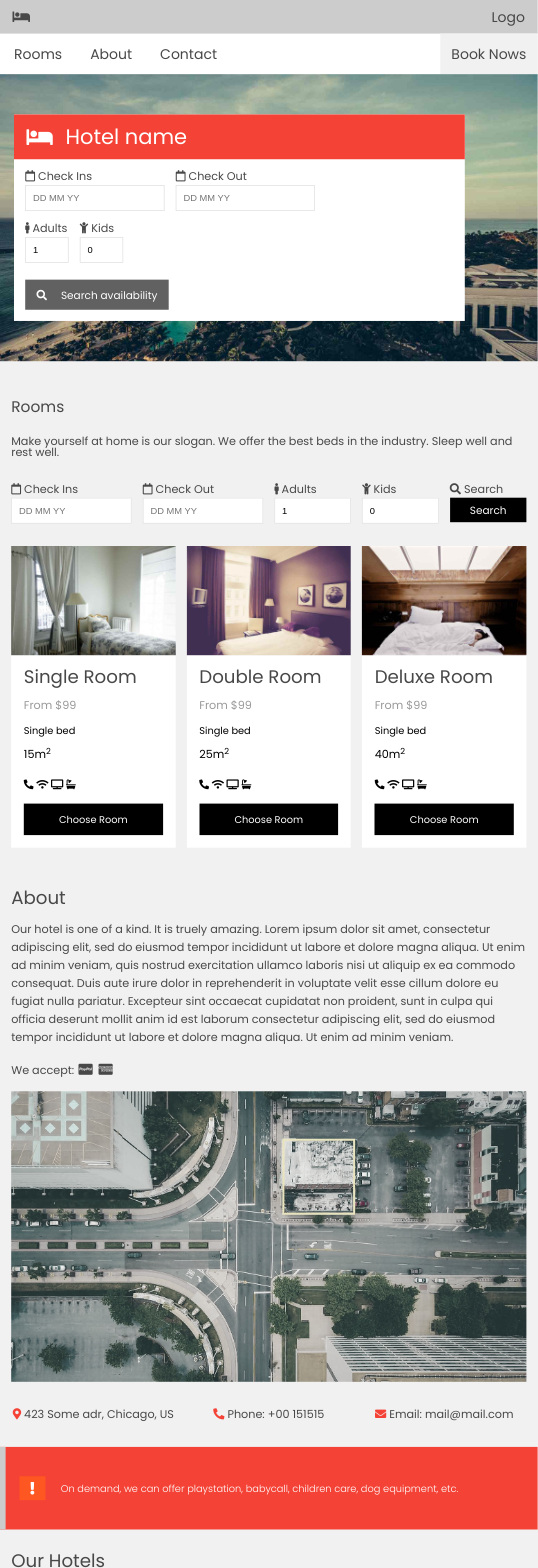
Repository: phamhuuloc/Travel_Template
Page: index.html
An editor plug-in stored every save of this project. The page is shown before and after the next save, followed by the edit.
The browser window is 768 px wide. The pictures show the part of the page from y = 0 to 2240 px (the page is 3669 px tall), at 70% of full size.
The style sheet was rebuilt from its Sass, Less or Tailwind sources for each picture, by a compiler version that may differ from the author's.

Above is the page before, as saved 2021-09-21 11:38:44.

### index.html
<!DOCTYPE html>
<html lang="en">
  <head>
    <meta charset="UTF-8" />
    <meta http-equiv="X-UA-Compatible" content="IE=edge" />
    <meta name="viewport" content="width=device-width, initial-scale=1.0" />
    <title>Document</title>
    <!-- FONT AWESOME -->
    <link
      rel="stylesheet"
      href="https://cdnjs.cloudflare.com/ajax/libs/font-awesome/5.15.4/css/all.min.css"
      integrity="sha512-1ycn6IcaQQ40/MKBW2W4Rhis/DbILU74C1vSrLJxCq57o941Ym01SwNsOMqvEBFlcgUa6xLiPY/NS5R+E6ztJQ=="
      crossorigin="anonymous"
      referrerpolicy="no-referrer"
    />
    <!-- GOOGLE FONT -->
    <link
      href="https://fonts.googleapis.com/css2?family=Poppins:wght@50;300;400&display=swap"
      rel="stylesheet"
    />
    <!-- CSS -->
    <link rel="stylesheet" href="./assets/resets.css" />
    <link rel="stylesheet" href="./assets/grid.css" />
    <link rel="stylesheet" href="./assets/main.css" />
    <link rel="stylesheet" href="./assets/responsive.css" />
  </head>
  <body>
    <div class="grids">
      <header class="header">
        <div class="logo">
          <i class="fas fa-bed logo__icon"></i>
          Logo
        </div>
        <div class="header__menu">
          <ul class="header__menu-list">
            <li class="header__menu-item">Rooms</li>
            <li class="header__menu-item">About</li>
            <li class="header__menu-item">Contact</li>
          </ul>
          <button class="btn book-btn">Book Nows</button>
        </div>
      </header>
      <section class="intro">
        <img src="./assets/img/hotel.jpg" alt="" class="intro__img" />
        <form class="form-login">
          <div class="form-login__heading">
            <i class="fas fa-bed logo__icon intro-icon"></i>
            <h2 class="form-login__name">Hotel name</h2>
          </div>
          <div class="form-container">
            <div class="row">
              <div class="form__item col l-6">
                <label class="form__item-category">
                  <i class="far fa-calendar form__item-icon"></i>
                  Check Ins
                </label>
                <input
                  type="text"
                  class="form__item-input"
                  placeholder="DD MM YY"
                />
              </div>
              <div class="form__item col l-6">
                <label class="form__item-category">
                  <i class="far fa-calendar form__item-icon"></i>
                  Check Out
                </label>
                <input
                  type="text"
                  class="form__item-input"
                  placeholder="DD MM YY"
                />
              </div>
            </div>
            <div class="row">
              <div class="form__item col l-6">
                <label class="form__item-category">
                  <i class="fas fa-male form__item-icon"></i>
                  Adults
                </label>
                <input
                  type="number"
                  value="1"
                  min="1"
                  max="6"
                  class="form__item-input"
                />
              </div>
              <div class="form__item col l-6">
                <label class="form__item-category">
                  <i class="fas fa-child form__item-icon"></i>
                  Kids
                </label>
                <input
                  type="number"
                  value="0"
                  min="0"
                  max="6"
                  class="form__item-input"
                />
              </div>
            </div>
            <button class="search-btn">
              <i class="fas fa-search search-icon"></i>Search availability
            </button>
          </div>
        </form>
      </section>

      <section class="option-room">
        <div class="option-container">
          <h3 class="option-container__title">Rooms</h3>
          <span class="option-container__desc"
            >Make yourself at home is our slogan. We offer the best beds in the
            industry. Sleep well and rest well.</span
          >
          <!-- FORM LOGIN  -->
          <div class="form-container option-container__form">
            <div class="row">
              <div class="form__item col l-3 m-3">
                <label class="form__item-category">
                  <i class="far fa-calendar form__item-icon"></i>
                  Check Ins
                </label>
                <input
                  type="text"
                  class="form__item-input"
                  placeholder="DD MM YY"
                />
              </div>
              <div class="form__item col l-3 m-3">
                <label class="form__item-category">
                  <i class="far fa-calendar form__item-icon"></i>
                  Check Out
                </label>
                <input
                  type="text"
                  class="form__item-input"
                  placeholder="DD MM YY"
                />
              </div>
              <div class="form__item col l-2 m-2">
                <label class="form__item-category">
                  <i class="fas fa-male form__item-icon"></i>
                  Adults
                </label>
                <input
                  type="number"
                  value="1"
                  min="1"
                  max="6"
                  class="form__item-input"
                />
              </div>
              <div class="form__item col l-2 m-2">
                <label class="form__item-category">
                  <i class="fas fa-child form__item-icon"></i>
                  Kids
                </label>
                <input
                  type="number"
                  value="0"
                  min="0"
                  max="6"
                  class="form__item-input"
                />
              </div>
              <!-- BUTTON F0RM LOGIN -->
              <div class="form__item col l-2 m-2">
                <label class="form__item-category">
                  <i class="fas fa-search"></i> Search</label
                >
                <button class="search-btn search-btn--full">Search</button>
              </div>
            </div>
          </div>
          <div class="category-room">
            <ul class="category-room__list row">
              <li class="category-room__item col l-4 m-4">
                <img
                  src="./assets/img/room_single.jpg"
                  alt=""
                  class="category-room__img"
                />
                <div class="category-room__details">
                  <h3 class="category-room__title">Single Room</h3>
                  <span class="category-room__price">From $99</span>
                  <span class="category-room__charac">Single bed</span>
                  <span class="category-room__area">15m<sup>2</sup></span>
                  <span class="category-room__function">
                    <i class="fas fa-phone-alt"></i>
                    <i class="fas fa-wifi"></i>
                    <i class="fas fa-tv"></i>
                    <i class="fas fa-bath"></i>
                  </span>
                  <button class="btn btn-choose">Choose Room</button>
                </div>
              </li>
              <li class="category-room__item col l-4 m-4">
                <img
                  src="./assets/img/room_double.jpg"
                  alt=""
                  class="category-room__img"
                />
                <div class="category-room__details">
                  <h3 class="category-room__title">Double Room</h3>
                  <span class="category-room__price">From $99</span>
                  <span class="category-room__charac">Single bed</span>
                  <span class="category-room__area">25m<sup>2</sup></span>
                  <span class="category-room__function">
                    <i class="fas fa-phone-alt"></i>
                    <i class="fas fa-wifi"></i>
                    <i class="fas fa-tv"></i>
                    <i class="fas fa-bath"></i>
                  </span>
                  <button class="btn btn-choose">Choose Room</button>
                </div>
              </li>
              <li class="category-room__item col l-4 m-4">
                <img
                  src="./assets/img/room_deluxe.jpg"
                  alt=""
                  class="category-room__img"
                />
                <div class="category-room__details">
                  <h3 class="category-room__title">Deluxe Room</h3>
                  <span class="category-room__price">From $99</span>
                  <span class="category-room__charac">Single bed</span>
                  <span class="category-room__area">40m<sup>2</sup></span>
                  <span class="category-room__function">
                    <i class="fas fa-phone-alt"></i>
                    <i class="fas fa-wifi"></i>
                    <i class="fas fa-tv"></i>
                    <i class="fas fa-bath"></i>
                  </span>
                  <button class="btn btn-choose">Choose Room</button>
                </div>
              </li>
            </ul>
          </div>
        </div>
      </section>
      <section class="local">
        <div class="row">
          <div class="local__container col l-4 m-4">
            <h4 class="local__title">About</h4>
            <p class="local__detail">
              Our hotel is one of a kind. It is truely amazing. Lorem ipsum
              dolor sit amet, consectetur adipiscing elit, sed do eiusmod tempor
              incididunt ut labore et dolore magna aliqua. Ut enim ad minim
              veniam, quis nostrud exercitation ullamco laboris nisi ut aliquip
              ex ea commodo consequat. Duis aute irure dolor in reprehenderit in
              voluptate velit esse cillum dolore eu fugiat nulla pariatur.
              Excepteur sint occaecat cupidatat non proident, sunt in culpa qui
              officia deserunt mollit anim id est laborum consectetur adipiscing
              elit, sed do eiusmod tempor incididunt ut labore et dolore magna
              aliqua. Ut enim ad minim veniam.
            </p>
            <p class="local__payment-methods">
              We accept:
              <i class="fab fa-cc-paypal local__payment-icon"></i>
              <i class="fab fa-cc-amex local__payment-icon"></i>
            </p>
          </div>
          <div class="col l-8 m-8 local__img">
            <img src="./assets/img/map.jpg" alt="" />
          </div>
        </div>
        <div class="local__contact row">
          <div class="local__contact-item col l-4 m-4">
            <i class="fas fa-map-marker-alt local__contact-icon"></i>
            423 Some adr, Chicago, US
          </div>
          <div class="local__contact-item col l-4 m-4">
            <i class="fas fa-phone-alt local__contact-icon"></i>
            Phone: +00 151515
          </div>
          <div class="local__contact-item col l-4 m-4">
            <i class="fas fa-envelope local__contact-icon"></i>
            Email: mail@mail.com
          </div>
        </div>
      </section>
      <div class="demand">
        <i class="fas fa-exclamation demand__icon"></i>
        <p class="demand__desc">
          On demand, we can offer playstation, babycall, children care, dog
          equipment, etc.
        </p>
      </div>
      <section class="our-hotels">
        <h3 class="our-hotels__title">Our Hotels</h3>
        <p class="our-hotels__desc">
          You can find our hotels anywhere in the world:
        </p>
        <div class="row sm-gutter">
          <div class="col l-6 m-6">
            <img
              src="./assets/img/cinqueterre.jpg"
              alt=""
              class="our-hotel__img"
            />
          </div>
          <div class="col l-6 m-6">
            <div class="our-hotel__extend">
              <div class="row our-hotels__extend-item">
                <div class="our-hotels__container col l-6 m-6">
                  <img src="./assets/img/newyork2.jpg" alt="" class="" />
                  <span class="our-hotels__container-name">New York</span>
                </div>
                <div class="our-hotels__container col l-6 m-6">
                  <img src="./assets/img/pisa.jpg" alt="" class="" />
                  <span class="our-hotels__container-name">Pisa</span>
                </div>
              </div>
              <div class="row our-hotels__extend-item">
                <div class="our-hotels__container col l-6 m-6">
                  <img src="./assets/img/sanfran.jpg" alt="" class="" />
                  <span class="our-hotels__container-name">San Francisco</span>
                </div>
                <div class="our-hotels__container col l-6 m-6">
                  <img src="./assets/img/paris.jpg" alt="" class="" />
                  <span class="our-hotels__container-name">Paris</span>
                </div>
              </div>
            </div>
          </div>
        </div>
      </section>
      <section class="offers">
        <h3 class="offers__title">Get the best offers first!</h3>
        <p class="offers__desc">Join our newsletter.</p>
        <label for="" class="offers__email">Email</label>
        <input
          type="text"
          class="offers__input"
          placeholder="Your Email address"
        />
        <button type="button" class="btn btn-subs">Subscribes</button>
      </section>
      <section class="contact">
        <h3 class="contact__title">Contact</h3>
        <p class="contact__desc">
          If you have any questions, do not hesitate to ask them.
        </p>
        <i class="fas fa-map-marker-alt contact__icon"></i>
        <span class="contact__content"> Chicago, US</span>
        <br />
        <i class="fas fa-phone-alt contact__icon"></i>
        <span class="contact__content"> Phone: +00 151515</span>
        <br />
        <i class="fas fa-envelope contact__icon"></i>
        <span class="contact__content"> Email: mail@mail.com</span>
        <form action="" class="contact__form">
          <p>
            <input type="text" class="contact__form-input" placeholder="Name" />
          </p>
          <p>
            <input
              type="text"
              class="contact__form-input"
              placeholder="Email"
            />
          </p>
          <p>
            <input
              type="text"
              class="contact__form-input"
              placeholder="Messages"
            />
          </p>
          <button class="btn send-btn">SEND MESSAGES</button>
        </form>
      </section>
    </div>
    <footer class="footer">
      <h5 class="footer__title">Find Us On</h5>
      <div class="footer__list-icon">
        <i class="fab fa-facebook-square footer__icon"></i>
        <i class="fab fa-instagram footer__icon"></i>
        <i class="fab fa-snapchat footer__icon"></i>
        <i class="fab fa-pinterest-p footer__icon"></i>
        <i class="fab fa-twitter footer__icon"></i>
        <i class="fab fa-linkedin-in footer__icon"></i>
      </div>
    </footer>
  </body>
</html>

### assets/grid.css
.grid {
  width: 100%;
  padding: 0;
}
.grid.wide {
  max-width: 1200px;

  margin: 0 auto;
}
.row {
  display: flex;
  flex-wrap: wrap;
  margin-left: -4px;
  margin-right: -4px;
}
.row.no-gutters {
  margin-left: 0;
  margin-right: 0;
}
.col {
  padding-left: 4px;
  padding-right: 4px;
}
.row.no-gutters .col {
  margin-left: 0;
  margin-right: 0;
}

.c-0 {
  display: none;
}

.c-1 {
  flex: 0 0 8.33333%;
  max-width: 8.33333%;
}

.c-2 {
  flex: 0 0 16.66667%;
  max-width: 16.66667%;
}

.c-3 {
  flex: 0 0 25%;
  max-width: 25%;
}

.c-4 {
  flex: 0 0 33.33333%;
  max-width: 33.33333%;
}

.c-5 {
  flex: 0 0 41.66667%;
  max-width: 41.66667%;
}

.c-6 {
  flex: 0 0 50%;
  max-width: 50%;
}

.c-7 {
  flex: 0 0 58.33333%;
  max-width: 58.33333%;
}

.c-8 {
  flex: 0 0 66.66667%;
  max-width: 66.66667%;
}

.c-9 {
  flex: 0 0 75%;
  max-width: 75%;
}

.c-10 {
  flex: 0 0 83.33333%;
  max-width: 83.33333%;
}

.c-11 {
  flex: 0 0 91.66667%;
  max-width: 91.66667%;
}

.c-12 {
  flex: 0 0 100%;
  max-width: 100%;
}

.c-o-1 {
  margin-left: 8.33333%;
}

.c-o-2 {
  margin-left: 16.66667%;
}

.c-o-3 {
  margin-left: 25%;
}

.c-o-4 {
  margin-left: 33.33333%;
}

.c-o-5 {
  margin-left: 41.66667%;
}

.c-o-6 {
  margin-left: 50%;
}

.c-o-7 {
  margin-left: 58.33333%;
}

.c-o-8 {
  margin-left: 66.66667%;
}

.c-o-9 {
  margin-left: 75%;
}

.c-o-10 {
  margin-left: 83.33333%;
}

.c-o-11 {
  margin-left: 91.66667%;
}
/* TABLET */
@media (min-width: 740px) {
  .row {
    margin-left: -8px;
    margin-right: -8px;
  }
  .col {
    padding-right: 8px;
    padding-left: 8px;
  }
  .m-0 {
    display: none;
  }
  .m-1,
  .m-2,
  .m-3,
  .m-4,
  .m-5,
  .m-6,
  .m-7,
  .m-8,
  .m-9,
  .m-10,
  .m-11,
  .m-12 {
    display: block;
  }

  .m-1 {
    flex: 0 0 8.33333%;
    max-width: 8.33333%;
  }

  .m-2 {
    flex: 0 0 16.66667%;
    max-width: 16.66667%;
  }

  .m-3 {
    flex: 0 0 25%;
    max-width: 25%;
  }

  .m-4 {
    flex: 0 0 33.33333%;
    max-width: 33.33333%;
  }

  .m-5 {
    flex: 0 0 41.66667%;
    max-width: 41.66667%;
  }

  .m-6 {
    flex: 0 0 50%;
    max-width: 50%;
  }

  .m-7 {
    flex: 0 0 58.33333%;
    max-width: 58.33333%;
  }

  .m-8 {
    flex: 0 0 66.66667%;
    max-width: 66.66667%;
  }

  .m-9 {
    flex: 0 0 75%;
    max-width: 75%;
  }

  .m-10 {
    flex: 0 0 83.33333%;
    max-width: 83.33333%;
  }

  .m-11 {
    flex: 0 0 91.66667%;
    max-width: 91.66667%;
  }

  .m-12 {
    flex: 0 0 100%;
    max-width: 100%;
  }

  .m-o-1 {
    margin-left: 8.33333%;
  }

  .m-o-2 {
    margin-left: 16.66667%;
  }

  .m-o-3 {
    margin-left: 25%;
  }

  .m-o-4 {
    margin-left: 33.33333%;
  }

  .m-o-5 {
    margin-left: 41.66667%;
  }

  .m-o-6 {
    margin-left: 50%;
  }

  .m-o-7 {
    margin-left: 58.33333%;
  }

  .m-o-8 {
    margin-left: 66.66667%;
  }

  .m-o-9 {
    margin-left: 75%;
  }

  .m-o-10 {
    margin-left: 83.33333%;
  }

  .m-o-11 {
    margin-left: 91.66667%;
  }
}
/* PC MEDIUM RESOLUTION */
@media (min-width: 1113px) {
  .row {
    margin-left: -12px;
    margin-right: -12px;
  }
  .row.sm-gutter {
    margin-left: -8px;
    margin-right: -8px;
  }
  .col {
    padding-left: 12px;
    padding-right: 12px;
  }
  .row.sm-gutter .col {
    padding-left: 8px;
    padding-right: 8px;
  }
  .l-0 {
    display: none;
  }

  .l-1,
  .l-2,
  .l-2-4,
  .l-3,
  .l-4,
  .l-5,
  .l-6,
  .l-7,
  .l-8,
  .l-9,
  .l-10,
  .l-11,
  .l-12 {
    display: block;
  }

  .l-1 {
    flex: 0 0 8.33333%;
    max-width: 8.33333%;
  }

  .l-2 {
    flex: 0 0 16.66667%;
    max-width: 16.66667%;
  }

  .l-2-4 {
    flex: 0 0 20%;
    max-width: 20%;
  }

  .l-3 {
    flex: 0 0 25%;
    max-width: 25%;
  }

  .l-4 {
    flex: 0 0 33.33333%;
    max-width: 33.33333%;
  }

  .l-5 {
    flex: 0 0 41.66667%;
    max-width: 41.66667%;
  }

  .l-6 {
    flex: 0 0 50%;
    max-width: 50%;
  }

  .l-7 {
    flex: 0 0 58.33333%;
    max-width: 58.33333%;
  }

  .l-8 {
    flex: 0 0 66.66667%;
    max-width: 66.66667%;
  }

  .l-9 {
    flex: 0 0 75%;
    max-width: 75%;
  }

  .l-10 {
    flex: 0 0 83.33333%;
    max-width: 83.33333%;
  }

  .l-11 {
    flex: 0 0 91.66667%;
    max-width: 91.66667%;
  }

  .l-12 {
    flex: 0 0 100%;
    max-width: 100%;
  }

  .l-o-1 {
    margin-left: 8.33333%;
  }

  .l-o-2 {
    margin-left: 16.66667%;
  }

  .l-o-3 {
    margin-left: 25%;
  }

  .l-o-4 {
    margin-left: 33.33333%;
  }

  .l-o-5 {
    margin-left: 41.66667%;
  }

  .l-o-6 {
    margin-left: 50%;
  }

  .l-o-7 {
    margin-left: 58.33333%;
  }

  .l-o-8 {
    margin-left: 66.66667%;
  }

  .l-o-9 {
    margin-left: 75%;
  }

  .l-o-10 {
    margin-left: 83.33333%;
  }

  .l-o-11 {
    margin-left: 91.66667%;
  }
}
/* TABLET AND PC */
@media (min-width: 740px) and (max-width: 1023px) {
  .wide {
    width: 644px;
  }
}
/* > PC  LOW RESOLUTION */
@media (min-width: 1024px) and (max-width: 1239px) {
  .wide {
    width: 984px;
  }
}
.form__item {
  display: flex;
  flex-direction: column;
}

### assets/responsive.css
@media (min-width: 740px) and (max-width: 1024px) {
  .local__container {
    max-width: 100%;
    flex: 100%;
    margin-bottom: 2.2rem;
  }
  .local__img {
    max-width: 100%;
    flex: 100%;
  }
  .demand__desc {
    font-size: 1.4rem;
  }
  .our-hotels__container-name {
    font-size: 1.8rem;
  }
}
/*MOBILE  */
@media (min-width: 600px) and (max-width: 800px) {
  .header {
    flex-direction: column;
  }
  .logo {
    justify-content: center;
    width: 100%;
  }
}

Loaded but not shown: assets/resets.css (common file); assets/main.scss (444 lines, source omitted)

After the next save:
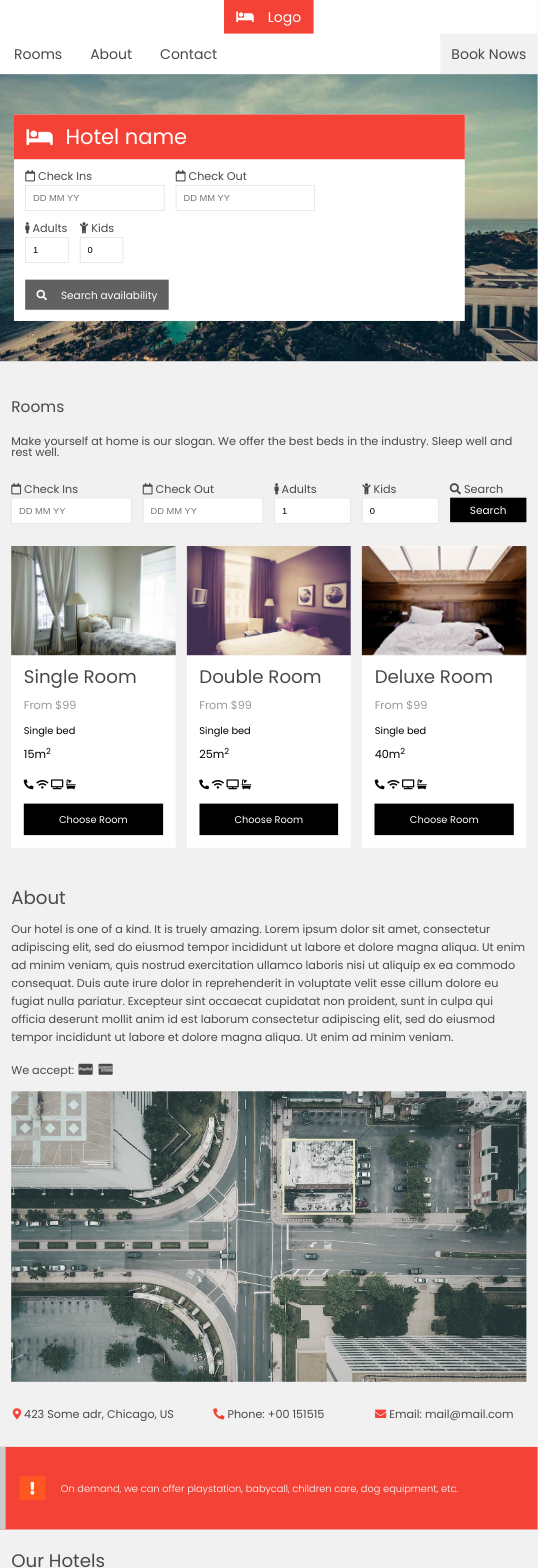
Saved 33 s later.
--- a/assets/responsive.css
+++ b/assets/responsive.css
@@ -20,8 +20,7 @@
   .header {
     flex-direction: column;
   }
-  .logo {
+  .header .logo {
     justify-content: center;
-    width: 100%;
   }
 }

After the save that followed:
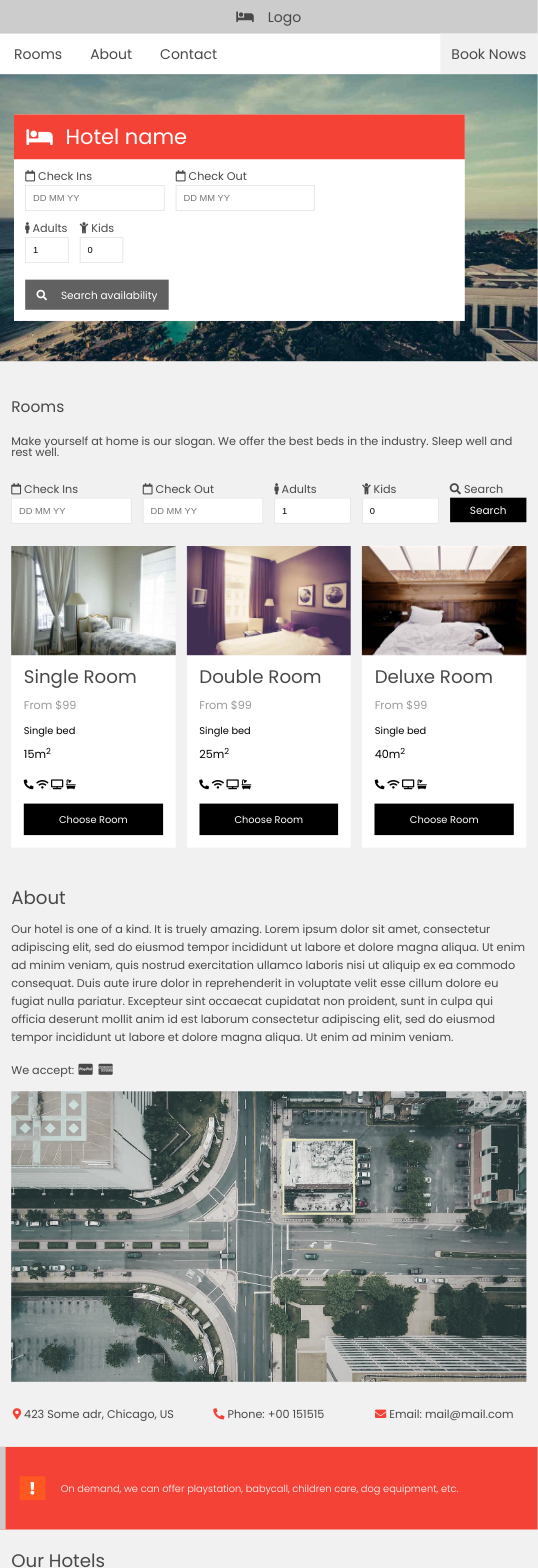
Saved 11 s later.
--- a/assets/responsive.css
+++ b/assets/responsive.css
@@ -22,5 +22,6 @@
   }
   .header .logo {
     justify-content: center;
+    width: 100%;
   }
 }
